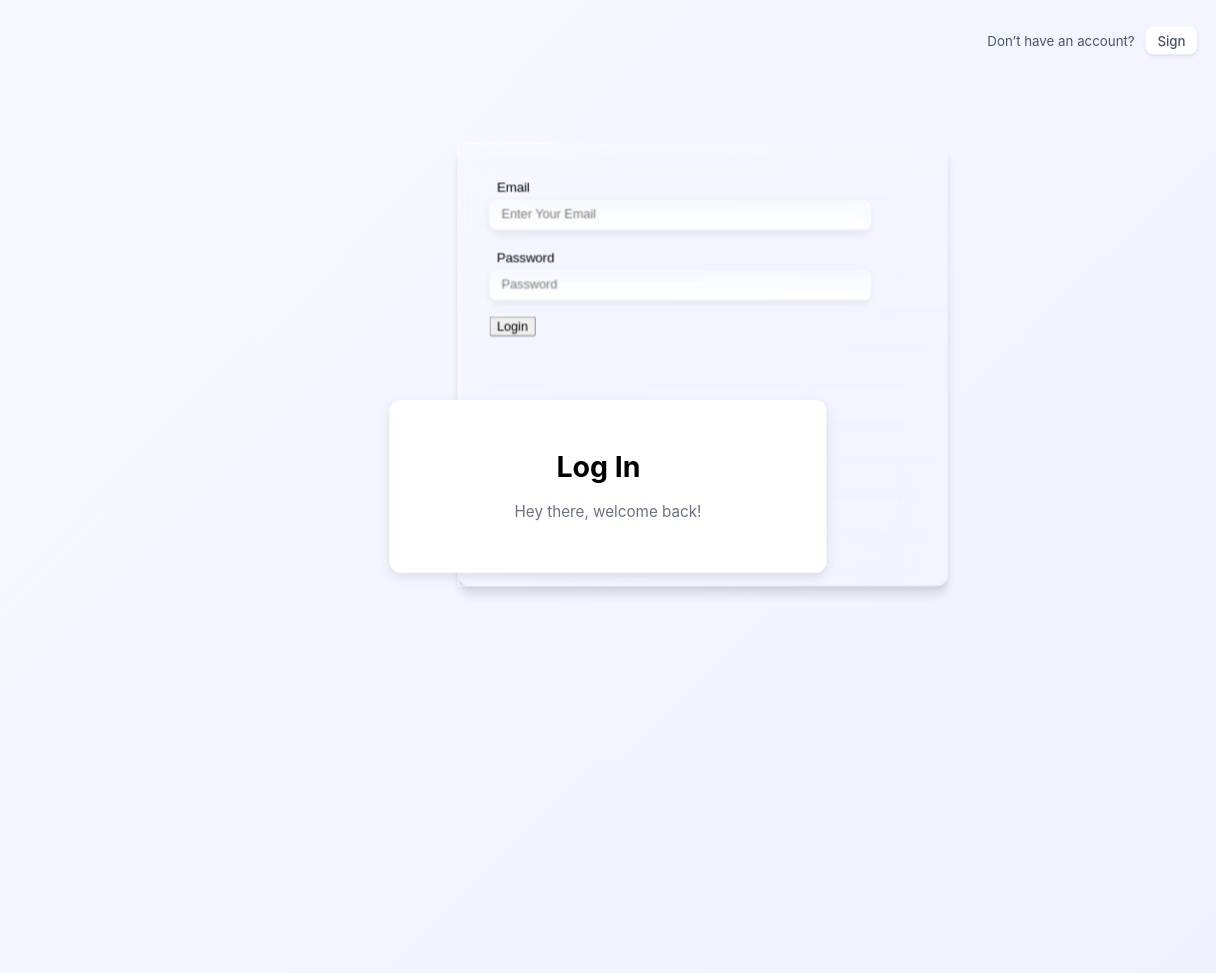
Repository: AfifaNoor/Admin_Panel-React-
Page: /
These files come from the project's save history. The page is drawn as it stood at one moment and after the next save; the edit follows.
The browser window is 1280 px wide. The pictures show the whole page, at 95% of full size.
The project was rebuilt for these pictures with package versions that can differ from the ones it lists, and the page was loaded fresh each time. Also part of the build but not shown: src/SignUp.jsx.

Above is the page before, as saved 2025-07-10 16:32:02.

### src/App.js
import React from 'react'
import LoginPage from './LoginPage'
import { RouterProvider } from 'react-router-dom'
import Router from './Router'

const App = () => {
  return (
    <>
      {/* <RouterProvider router={Router}/> */}
      <LoginPage/>
    </>


  )
}

export default App

### src/LoginPage.jsx
import React, { useState } from 'react'
// import {Navigate, useNavigate} from 'react-router-dom';
import "./LoginPage.css"
import { ToastContainer, toast } from 'react-toastify';
import 'react-toastify/dist/ReactToastify.css';

const LoginPage = () => {
    const[email , setEmail]=useState('')
    const [password , setPassword] = useState('')
    // const navigate= useNavigate();

const handleSubmit =(e)=>{
    e.preventDefault();

 const hardcoreMail="login@gmail.com";
 const hardcorePassword = '1234567'

    if (email=== hardcoreMail && password === hardcorePassword){
        alert("Login Successfull")

    }else{
        alert("Invalid Credential")
    }

}



  return (
 <div className="login-container">

      <div className="signup-redirect">
        <p>
          Don’t have an account?{' '}
          {/* <span className="signup-link" onClick={() => navigate('/sign-up')}> */}
            {/* Sign Up */}
          {/* </span> */}
          <span className="signup-link" >
            Sign
          </span>
        </p>
      </div>

      <div className="title">
        <h1>Log In</h1>
        <p>Hey there, welcome back!</p>
      </div>

    <div>



    </div>

      <form className="login-form" onSubmit={handleSubmit}>
      <label className='form-label'>Email</label>
        <input
          type="email"
          className="form-input"
          value={email}
          placeholder="Enter Your Email"
          onChange={(e) => setEmail(e.target.value)}
          required
        />

        <label className='form-label'>Password</label>
        <input
          type="password"
          className="form-input"
          placeholder="Password"
          value={password}
          onChange={(e) => setPassword(e.target.value)}
          required
        />

        <button className="login-btn" type="submit">
          Login
        </button>

        {/* <ToastContainer /> */}
      </form>
    </div>
  );
}

export default LoginPage

### src/Router.jsx
import React from 'react';
import { createBrowserRouter , createRoutesFromElements , Route } from 'react-router-dom';
import LoginPage from './LoginPage';
import SignUp from './SignUp';

const Router = createBrowserRouter(
  createRoutesFromElements(
    <>

      <Route path='/sign-up' element={<SignUp/>}/>
      <Route path='login-page' element={<LoginPage/>}/>
    </>
  )
)

export default Router;

### src/LoginPage.css
.login-container {
  width: 100%;
  height: 1024px;
  /* background: #FFFFFF; */
  opacity: 1;
  transform: rotate(0deg);
  display: flex;
  justify-content: center;
  align-items: center;
  background: linear-gradient(135deg, #f8f9ff, #eef2ff);
  flex-direction: column;
  /* font-family: 'Inter','sans-serif'; */
  position: relative;


}
.signup-redirect {
  position: absolute;
  top: 20px;
  right: 20px;
  font-size: 14px;
  color: #475569;
}

.signup-link {
  background: #ffffff;
  border-radius: 8px;
  padding: 6px 12px;
  margin-left: 8px;
  box-shadow: 0 2px 4px rgba(0,0,0,0.1);
  cursor: pointer;
  font-weight: 500;
  transition: all 0.3s ease;
}

.signup-link:hover {
  background: #f0f0f0;
}


.title{
  z-index: 3;
  width: 100%;
  max-width: 400px;
  margin: 50px auto;  /* centers it vertically and horizontally */
  padding: 30px;
  background-color: #fff;
  border-radius: 12px;
  box-shadow: 0 4px 12px rgba(0, 0, 0, 0.1);
  text-align: center;  /* centers the text in the title */


}

.title h1 {
width: 380px;
height: 40px;
font-family: 'Inter', sans-serif;
font-weight: 600px;
font-size: 30px;
line-height: 40px;
letter-spacing: -1%;
margin-bottom: 8px;
}

.title p{
  font-size: 16px;
  font-style: Inter;
  font-weight: 400px;
  font-style:normal;
  line-height: 22px;
  letter-spacing: -1%;
  color: rgba(107, 114, 128, 1);
  margin-bottom: 24px;

}

.login-form{
  width: 450px;
  height: 400px;
  position: absolute;
  top: 150.5px;
  left: 482px;
  border-radius: 12px;
  padding: 32px;
  gap: 10px;
  opacity: 1;
  flex-direction: column;

  z-index: 2;

  background: linear-gradient(180deg, rgba(255, 255, 255, 0) -9.58%, rgba(255, 255, 255, 0.052) 100%);
  border: 1px solid transparent;
  border-image-source: linear-gradient(93.78deg, #FFFFFF 8.04%, rgba(255, 255, 255, 0) 100%);
  border-image-slice: 1;


-webkit-backdrop-filter: blur(20px);
backdrop-filter: blur(20px);

box-shadow:
  0px 10px 10px 0px rgba(0, 0, 0, 0.10),
  0px 4px 4px 0px rgba(0, 0, 0, 0.05),
  0px 1px 0px 0px rgba(0, 0, 0, 0.05),
  inset 0px 20px 50px 0px rgba(255, 255, 255, 0.15);

}

.form-label{
width: 380px;
height: 22px;
transform: rotate(0deg);
opacity: 1;
gap: 12px;
text-align: left;

font-family: 'Intern',sans-serif;
font-weight: 500px;
font-size: 14px;
line-height: 22px;
letter-spacing: -0.01em;

color:black;


border: none;
border-radius: 6px;
padding: 2px 8px;
cursor: pointer;
display: inline-flex;
/* align-items: left; */
justify-content: left;

}

.form-input{

 width: 380px;
  height: 20px;
  min-width: 140px;
  max-width: 500px;
  transform: rotate(0deg);
  opacity: 1;
  border-radius: 8px;
  border-width: 1px;
  padding: 5px 8px 5px 12px;
  gap: 8px;
  margin-bottom: 16px;

  background: linear-gradient(0deg, rgba(255, 255, 255, 0.9) 0%, rgba(255, 255, 255, 0.4) 100%);
  border: 1px solid transparent; /* fallback for border-image */

  border-image:
    linear-gradient(0deg, rgba(255, 255, 255, 0.1), rgba(255, 255, 255, 0.1)),
    linear-gradient(360deg, rgba(255, 255, 255, 0.5) 0%, rgba(255, 255, 255, 0) 100%);
  border-image-slice: 1;


  -webkit-backdrop-filter: blur(20px);
  backdrop-filter: blur(20px);
  box-shadow: 0 4px 10px rgba(0,0,0,0.08);
  cursor: pointer;
}

Loaded but not shown: public/index.html (common file); src/index.js (common file); src/index.css (common file); src/reportWebVitals.js (common file)

After the next save:
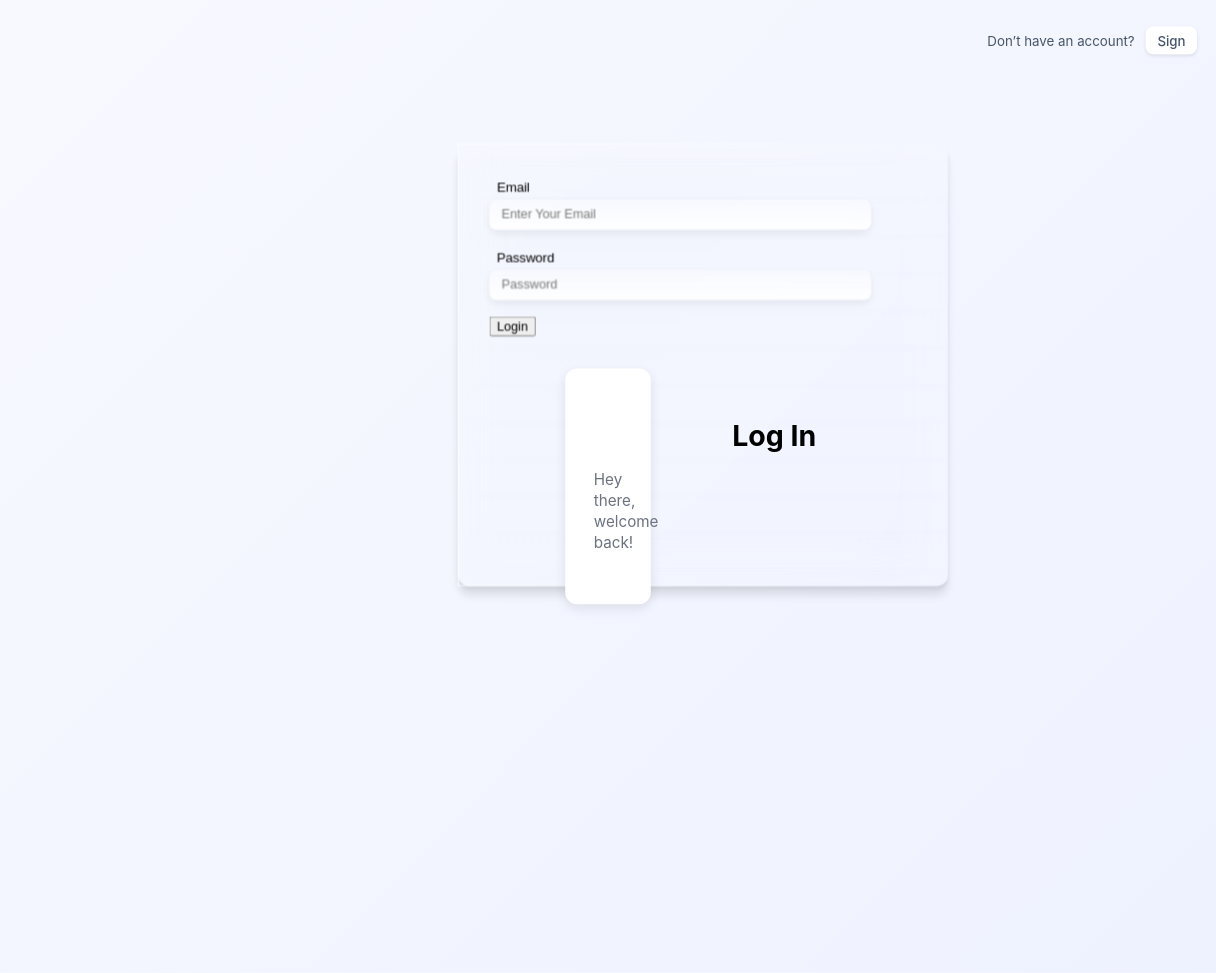
Saved 80 s later.
--- a/src/LoginPage.css
+++ b/src/LoginPage.css
@@ -41,7 +41,7 @@
 .title{
   z-index: 3;
   width: 100%;
-  max-width: 400px;
+  max-width: 30px;
   margin: 50px auto;  /* centers it vertically and horizontally */
   padding: 30px;
   background-color: #fff;

After the save that followed:
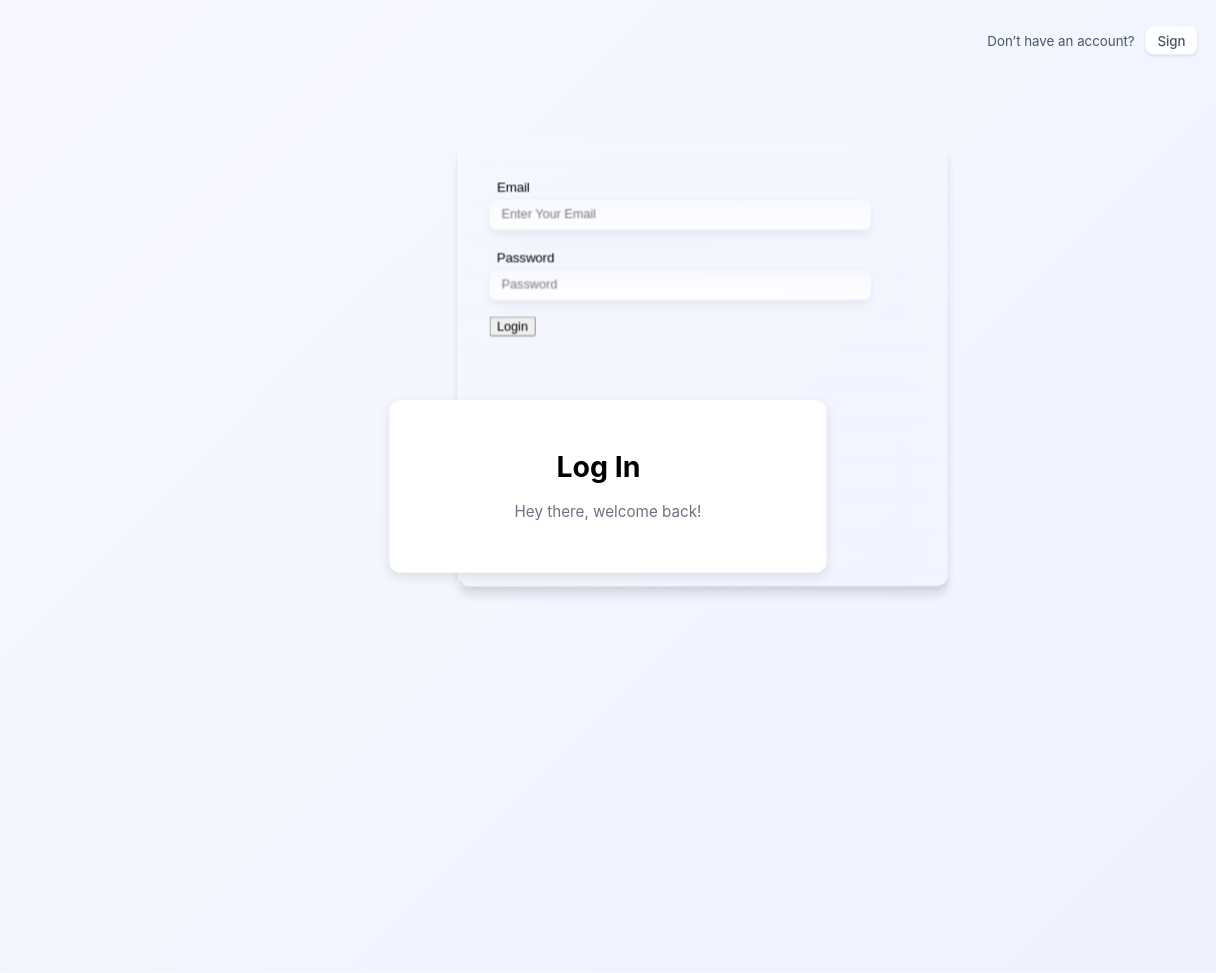
Saved 10 s later.
--- a/src/LoginPage.css
+++ b/src/LoginPage.css
@@ -41,7 +41,7 @@
 .title{
   z-index: 3;
   width: 100%;
-  max-width: 30px;
+  max-width: 400px;
   margin: 50px auto;  /* centers it vertically and horizontally */
   padding: 30px;
   background-color: #fff;
